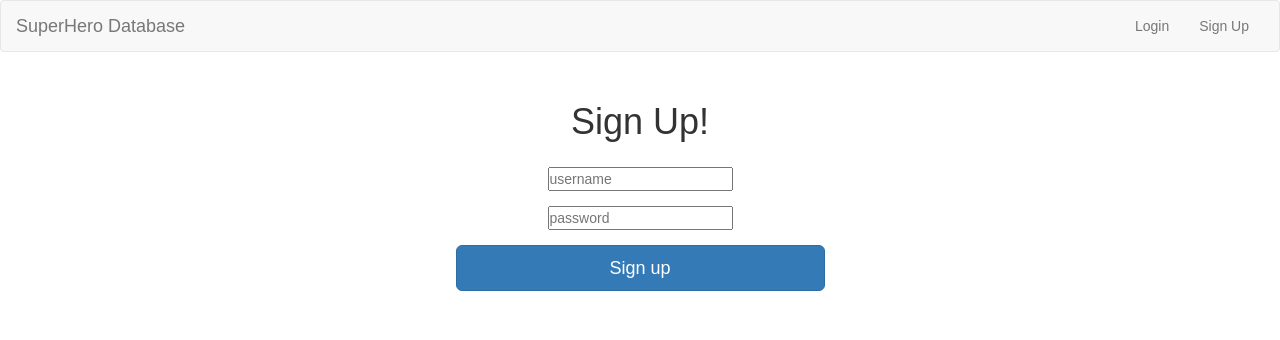
Repository: VincentChan5650/Hero-Database
Page: http://localhost/register
The author's editor kept a record of every edit. The page is drawn from the files as they stood at one moment, then again after the next edit.
The browser window is 1280 px wide. The pictures show the whole page.
Some web fonts or font styles are not loaded; a fallback is used. The page is served by the project's Node server (app.js). Other server files are loaded and not shown.

Above is the page before.

### views/register.ejs
<% include partials/header %>
<div class="container-fluid">
    <div class="row">
        <h1>Sign Up!</h1>
        <div class="form-style">
            <form action="/register" method="post">
                <div class="form-group">
                    <input type='text' name ="username" placeholder="username">
                </div>
                <div class="form-group">
                    <input type='password' name ="password" placeholder="password">
                </div>
                <div class="form-group">
                    <button class="btn btn-primary btn-lg btn-block">Sign up</button>
                </div>
            </form>
        </div>
    </div>
</div>
<% include partials/footer %>

### views/partials/header.ejs
<!DOCTYPE html>
<html>
    <head>
        <title>SuperHero Database</title>
        <link href="https://fonts.googleapis.com/css?family=Baloo" rel="stylesheet">
        <link rel="stylesheet" href="https://maxcdn.bootstrapcdn.com/bootstrap/3.3.7/css/bootstrap.min.css">
        <link rel="stylesheet" href="/stylesheets/main.css" type="text/css">
    </head>
    <body>
        <nav class="navbar navbar-default">
        <div class="container-fluid">
            <div class="navbar-header">
                <a class="navbar-brand" href="/">SuperHero Database</a>
            </div>
            <div class="collapse navbar-collapse">
                <ul class="nav navbar-nav navbar-right">

                    <% if(!currentuser){ %>

                    <li><a href="login/">Login</a></li>
                    <li><a href="/register">Sign Up</a></li>

                    <% } else{ %>
                    <li style="padding-top:15px;">Signed In As  <%= currentuser.username %></li>
                    <li><a href="/logout">Logout</a></li>
                    <% } %>

                </ul>
            </div>
        </div>
    </nav>

### app.js
//----------------CONFIGURATION---------------------------
var express             = require("express"),
        app             = express(),
        bodyParser      = require("body-parser"),
        LocalStrategy   = require("passport-local"),
        passport        = require("passport"),
        User            = require("./model/user"),
        mongoose        = require("mongoose");

//connect to db
mongoose.connect("mongodb://localhost/hero_database");
app.set("view engine", "ejs");
app.use(bodyParser.urlencoded({extended:true}));
app.use(require("express-session")({
    secret:"Wait For It",
    resave:false,
    saveUninitialized: false
}));

app.use(express.static(__dirname + '/public'));
app.use(passport.initialize());
app.use(passport.session());
passport.use(new LocalStrategy(User.authenticate()));
passport.serializeUser(User.serializeUser());
passport.deserializeUser(User.deserializeUser());

app.use(function(req, res, next){
    res.locals.currentuser = req.user;
    next();
})

//db SCHEMA SETUP
var heroDatabaseSchema = new mongoose.Schema({
   name: String,
   heroTitle: String,
   city:String,
   power:String,
   description: String,
   image:String
});

//collection name
var HeroDatabase = mongoose.model("Herodatabase", heroDatabaseSchema);


//------------ROUTES------------------
app.get("/", function(req, res){
    res.render("landing");
});

//Index route
app.get("/heroLists", isLoggedIn, function(req, res){
    //get all data (row) from db
    console.log(req.user)
    HeroDatabase.find({},function(err, herodatabases){
        if(err){
            console.log(err);
        }else{
            res.render("heroLists", {herodatabases:herodatabases, currentuser: req.user});
        }
    })
});

//New route
app.get("/heroLists/new", isLoggedIn, function(req, res){
   res.render("new.ejs");
});

//Create route
app.post("/heroLists", isLoggedIn, function(req,res){
    //gather date from /new
    var name = req.body.name;
    var heroTitle = req.body.heroTitle;
    var city = req.body.city;
    var power = req.body.power;
    var description = req.body.description;
    var image = req.body.image;
    //create a new campground object
    var newHero = {
        name: name,
        heroTitle:heroTitle,
        city: city,
        power: power,
        description: description,
        image: image
    }
    //create a new herodata and save to DB
    HeroDatabase.create(newHero, function(err, newlyCreated){
        if(err){
            console.log(err);
        }else{
            res.redirect("/heroLists")
        }
    })

});

//Show route
app.get("/heroLists/:id", isLoggedIn, function(req, res){
    //find the data by id which come from the index route
    HeroDatabase.findById(req.params.id, function(err, foundHero){
        if(err){
            console.log(err);
        }else{
            res.render("show", {hero:foundHero});
        }
    });
});

//Auth routes
app.get("/register", function(req, res){
    res.render("register");
});

app.post("/register", function(req, res){
    var newUser = new User({username: req.body.username});
    User.register(newUser, req.body.password, function(err, user){
        if(err){
            console.log(err);
            return res.render("register");
        }else{
            passport.authenticate("local")(req, res, function(){
                res.redirect("/heroLists");
            })
        }
    });
});

app.get("/login", function(req, res){
    res.render("login");
});
//log in with middleware
app.post("/login",passport.authenticate("local",
    {
        successRedirect:"/heroLists",
        failureRedirect:"/login"
        }), function(req, res){
    res.send("Work?");
})

app.get("/logout", function(req, res){
    req.logout();
    res.redirect("/");
});

function isLoggedIn(req, res, next){
    if(req.isAuthenticated()){
        return next();
    }
    res.redirect("/login");
}

//------------listen------------------
app.listen(process.env.PORT, process.env.IP, function(){
   console.log("The Hero Database Has Started!");
});

### public/stylesheets/main.css
*{
    padding:0;
    margin:0;
    font-family: 'Baloo', 'Arial', sans-serif;
}
h1{
    text-align: center;
    padding-bottom: 15px;
    font-weight: 200;
}

.row{
    padding: 10px;
    margin:0 auto;
    text-align: center;
}

.form-style{
    width:30%;
    margin:0 auto;
}
.jumbotron{
    padding-top:20px;
    padding-bottom:20px;
}

.hero-img{
    float:left;
}
.hero-info{
    float:right;
}

Loaded but not shown: views/partials/footer.ejs (common file)

After the next edit:
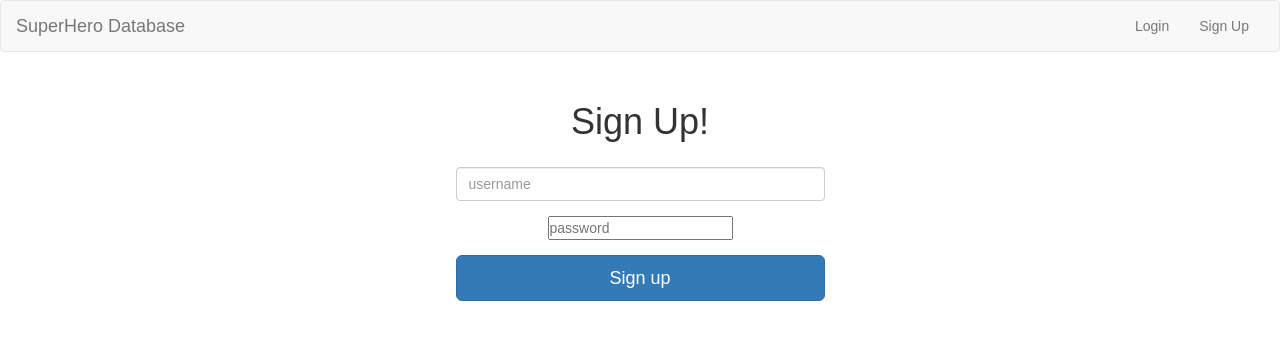
The edit:
--- a/views/register.ejs
+++ b/views/register.ejs
@@ -5,7 +5,7 @@
         <div class="form-style">
             <form action="/register" method="post">
                 <div class="form-group">
-                    <input type='text' name ="username" placeholder="username">
+                    <input class="form-control" type='text' name ="username" placeholder="username">
                 </div>
                 <div class="form-group">
                     <input type='password' name ="password" placeholder="password">
